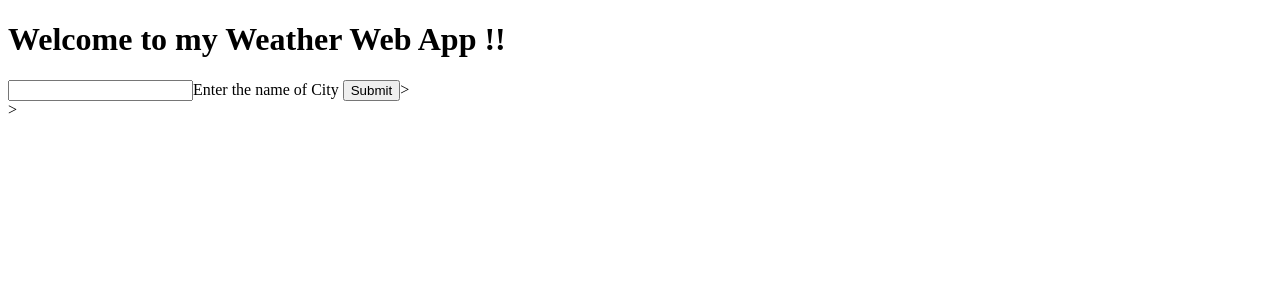
Repository: PravinLengare/Advance-Java
Page: MyWeatherApp/src/main/webapp/index.html
An editor plug-in stored every save of this project. The page is shown before and after the next save, followed by the edit.
The browser window is 1280 px wide. The pictures show the whole page.

Above is the page before, as saved 2025-08-19 06:01:15.

After the next save:
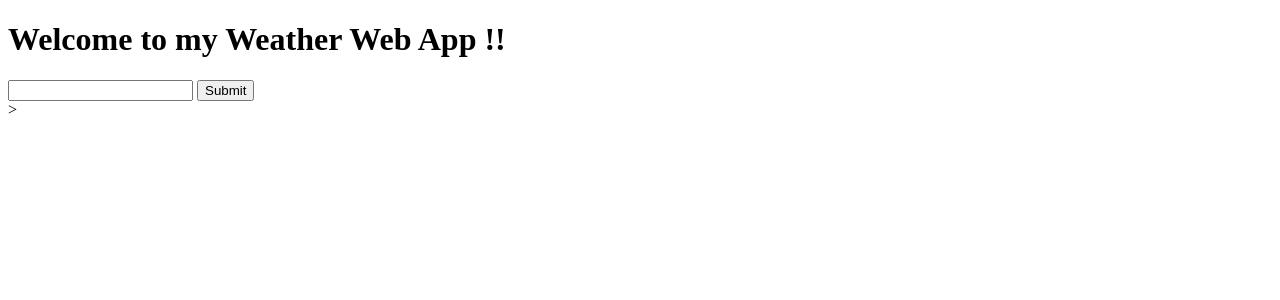
Saved 83 s later.
--- a/MyWeatherApp/src/main/webapp/index.html
+++ b/MyWeatherApp/src/main/webapp/index.html
@@ -7,8 +7,8 @@
 <body>
 <h1>Welcome to my Weather Web App !!</h1>
 <form action = "">
-	<input>Enter the name of City </input>
-	<button>Submit</button>>
+	<input></input>
+	<button>Submit</button>
 
 </form>>
 </body>
